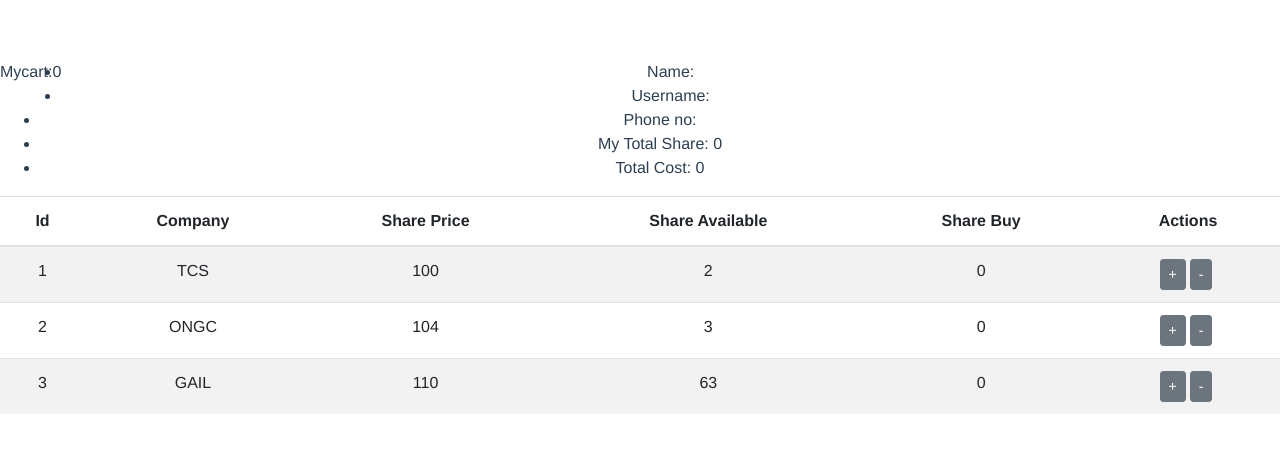
Repository: rupeshpawar93/vue-profile
Page: /#/portfolio/detail
An editor plug-in stored every save of this project. The page is shown before and after the next save, followed by the edit.
The browser window is 1280 px wide. The pictures show the whole page.
The project was rebuilt for these pictures with package versions that can differ from the ones it lists, and the page was loaded fresh each time. Also part of the build but not shown: webpack.config.js, src/components/Portfolio.vue.

Above is the page before, as saved 2019-11-01 15:36:15.

After the next save:
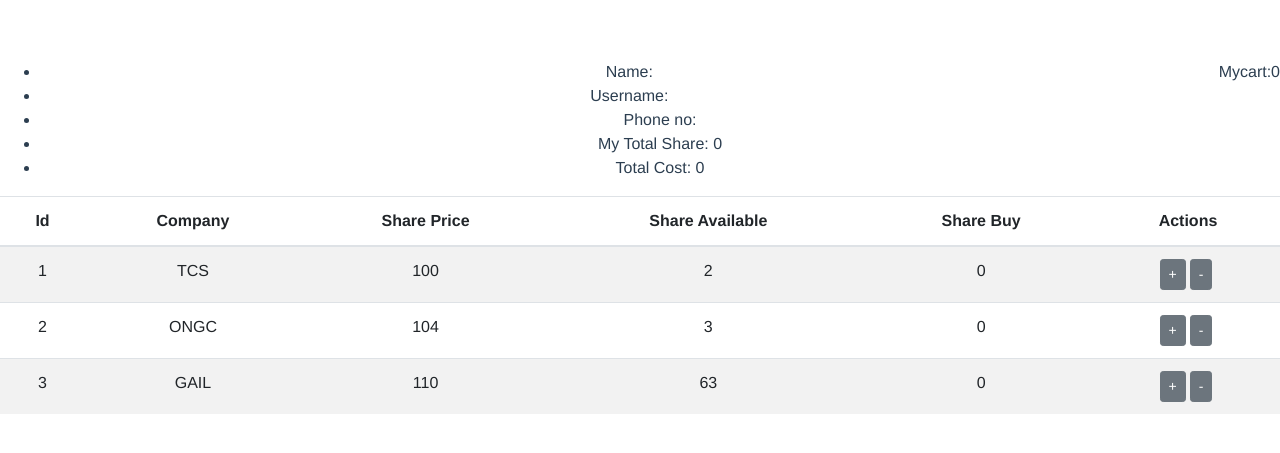
Saved 8 s later.
--- a/src/components/Mycart.vue
+++ b/src/components/Mycart.vue
@@ -1,6 +1,6 @@
 <template>
     <div>
-        <p style="float:left">Mycart:{{share}}</p>
+        <p style="float:right">Mycart:{{share}}</p>
         <PortfolioDetail :profile="profile" @myEvent="mycart"/>
     </div>
 </template>
